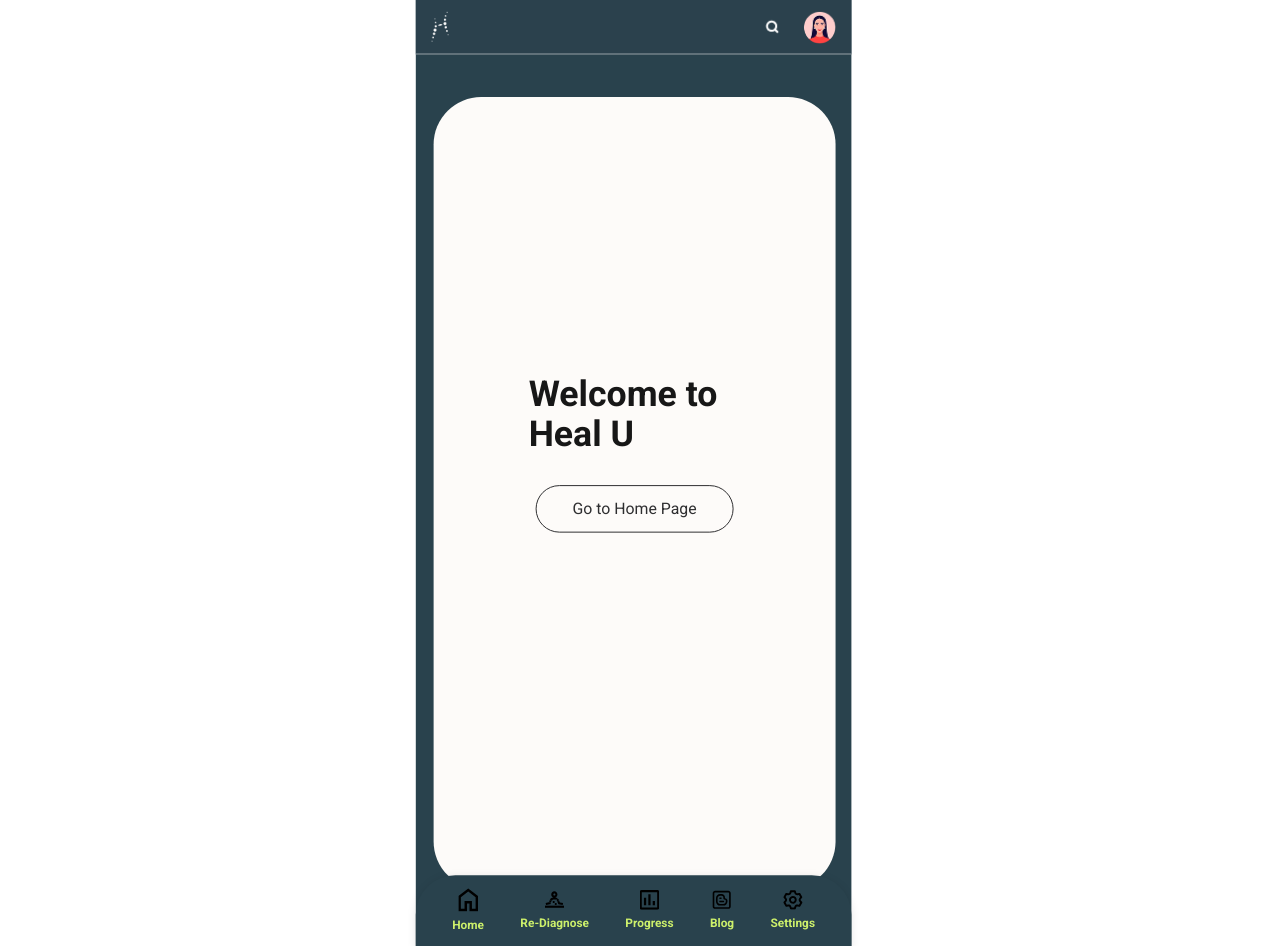
Repository: patcha-d3/heal_u
Page: /
These files come from the project's save history. The page is drawn as it stood at one moment and after the next save; the edit follows.
The browser window is 1280 px wide. The pictures show the whole page, at 99% of full size.
The project was rebuilt for these pictures with package versions that can differ from the ones it lists, and the page was loaded fresh each time. The framework's server and built-in components were replaced by stand-ins that run in the browser. Also part of the build but not shown: next.config.js, next.config.mjs.

Above is the page before, as saved 2025-05-08 12:31:01.

### app/layout.js
"use client";

import { Geist, Geist_Mono } from "next/font/google";
import { Roboto } from "next/font/google";
import "./globals.css";
import { usePathname } from "next/navigation";

import Bottomnav from "../ui/Bottomnav/Bottomnav";
import TopNav from "../ui/Topnav/Topnav";

const geistSans = Geist({
	variable: "--font-geist-sans",
	subsets: ["latin"],
});

const geistMono = Geist_Mono({
	variable: "--font-geist-mono",
	subsets: ["latin"],
});

const roboto = Roboto({
	weight: ["300", "400", "500", "700"],
	subsets: ["latin"],
	display: "swap",
});

export default function RootLayout({ children }) {
	const pathname = usePathname();
	const showBottomNav = !pathname?.includes("/onboarding");

	return (
		<html lang='en'>
			<body
				className={`${geistSans.variable} ${geistMono.variable} ${roboto.className} antialiased`}
				suppressHydrationWarning
			>
				<div className='min-h-screen w-full flex items-center justify-center'>
					<div className='w-[440px] h-[956px] relative flex flex-col bg-[#29424D]'>
						<TopNav />
						<main className='flex-1 overflow-y-auto flex items-center justify-end'>
							<div className='w-[406px] h-[800px] bg-[#FDFBF9] mx-4 mb-4 rounded-[48px]'>
								{children}
							</div>
						</main>
						{showBottomNav && (
							<div className='absolute bottom-0 left-0 right-0'>
								<Bottomnav />
							</div>
						)}
					</div>
				</div>
			</body>
		</html>
	);
}

### app/page.js
"use client";

import React from "react";
import Link from "next/link";
import Button from "../ui/Button/Button";

export default function RootPage() {
	return (
		<main className='flex min-h-screen flex-col items-center justify-center p-24'>
			<h1 className='text-4xl font-bold mb-8'>
				Welcome to Heal U
			</h1>
			<Link href='/home'>
				<Button
					text='Go to Home Page'
					onClick={() => {}}
					fullWidth={false}
					outlined={true}
				/>
			</Link>
		</main>
	);
}

### ui/Bottomnav/Bottomnav.js
"use client";

import React from "react";
import Link from "next/link";
import { usePathname } from "next/navigation";
import styles from "./Bottomnav.module.css";
import Image from "next/image";

const menuItems = [
  { label: "Home", icon: "/icons/home.svg", path: "/" },
  { label: "Re-Diagnose", icon: "/icons/rediagnose.svg", path: "/re-diagnose" },
  { label: "Progress", icon: "/icons/progress.svg", path: "/progress" },
  { label: "Blog", icon: "/icons/blog.svg", path: "/blog" },
  { label: "Settings", icon: "/icons/settings.svg", path: "/settings" },
];

export default function MobileNavbar() {
  const pathname = usePathname();

  return (
    <nav className={styles.navbar}>
      {menuItems.map((item, index) => {
        const isActive = true;

        return (
          <Link href={item.path} key={index} className={styles.link}>
            <div className={styles.button}>
              <div
                className={`${styles.icon} ${
                  isActive ? styles.iconActive : ""
                }`}
              >
                <Image
                  src={item.icon}
                  alt={item.label}
                  width={20}
                  height={20}
                />
              </div>
              <span
                className={`${styles.label} ${
                  isActive ? styles.labelActive : styles.labelInactive
                }`}
              >
                {item.label}
              </span>
            </div>
          </Link>
        );
      })}
    </nav>
  );
}

### ui/Topnav/Topnav.js
"use client";

import React, { useState } from "react";
import styles from "./TopNav.module.css";

export default function TopNav() {
	const [showSearch, setShowSearch] = useState(false);
	const [hasNotification, setHasNotification] = useState(false);

	return (
		<header
			className={styles.topBar}
			style={{
				borderBottom:
					"1px solid rgba(255, 255, 255, 0.5)",
			}}
		>
			<a href='/' className={styles.logoContainer}>
				<img
					src='/assets/logo.png'
					alt='Logo'
					className={styles.logoImg}
				/>
			</a>

			<div className={styles.iconContainer}>
				<div className={styles.searchWrapper}>
					{showSearch && (
						<div
							className={
								styles.searchBox
							}
						>
							<input
								type='text'
								className={
									styles.searchInput
								}
								placeholder='Search...'
								autoFocus
							/>
						</div>
					)}
					<img
						src='/assets/search.png'
						alt='Search'
						className={`${styles.iconImg} ${
							showSearch
								? styles.dark
								: ""
						}`}
						onClick={() =>
							setShowSearch(
								!showSearch
							)
						}
					/>
				</div>

				<div className={styles.avatarContainer}>
					<img
						src={
							hasNotification
								? "/assets/avatar-notification.png"
								: "/assets/avatar.png"
						}
						alt='Avatar'
						className={styles.avatarImg}
					/>
				</div>
			</div>
		</header>
	);
}

### ui/Button/Button.js
import React from "react";
import styles from "./Button.module.css";

export default function Button({
	text,
	onClick,
	fullWidth = false,
	outlined = false,
	disabled = false,
	type = "button",
}) {
	const buttonClass = outlined
		? styles.outlinedButton
		: styles.filledButton;
	const widthClass = fullWidth ? styles.fullWidth : "";
	const disabledClass = disabled ? styles.disabled : "";

	return (
		<button
			type={type}
			onClick={onClick}
			disabled={disabled}
			className={`${buttonClass} ${widthClass} ${disabledClass}`}
		>
			<span className={styles.text}>{text}</span>
		</button>
	);
}

### ui/Bottomnav/Bottomnav.module.css
/* navbar */
.navbar {
  position: relative;
  bottom: 0;
  left: 0;
  right: 0;
  display: flex;
  justify-content: space-evenly;
  align-items: center;
  background-color: #29424d;
  padding: 8px 0;
  box-shadow: 0 2px 10px rgba(0, 0, 0, 0.1);
  max-width: 440px;
  height: 72px;
  border-radius: 40px 40px 0 0;
  margin: 0 auto;
}

.link {
  text-decoration: none;
  color: inherit;
}

.button {
  display: flex;
  flex-direction: column;
  align-items: center;
  gap: 4px;
}

.icon {
  font-size: 24px;
}

.iconActive {
  stroke: #cdf06b;
}

.label {
  font-size: 12px;
  transition: all 0.2s ease;
}

.labelActive {
  font-weight: 800;
  color: #cdf06b;
}

.labelInactive {
  font-weight: 600;
  color: white;
}

/* Test page styles */
.testContainer {
  padding: 2rem;
  max-width: 440px;
  margin: 0 auto;
}

.testContent {
  display: flex;
  flex-direction: column;
  gap: 3rem;
}

.testSection {
  background: #f5f5f5;
  padding: 2rem;
  border-radius: 8px;
}

.testFrame {
  position: relative;
  height: 400px;
  border: 1px solid #ddd;
  border-radius: 8px;
  overflow: hidden;
  margin-top: 1rem;
}

.scrollContent {
  height: 100%;
  overflow-y: auto;
  padding: 1rem;
  padding-bottom: 80px; /* Space for the bottom nav */
}

.scrollContent p {
  margin: 1rem 0;
  padding: 0.5rem;
  background: white;
  border-radius: 4px;
  box-shadow: 0 1px 3px rgba(0, 0, 0, 0.1);
}

### ui/Topnav/Topnav.module.css
.topBar {
	width: 440px;
	height: 55px;
	background-color: #2b414d;
	display: flex;
	align-items: center;
	justify-content: space-between;
	padding: 0 16px;
	margin: 0 auto;
	box-sizing: border-box;
	border-bottom: 1px solid #ffffff;
}

.logoImg {
	height: 30.56px;
	cursor: pointer;
}

.iconContainer {
	display: flex;
	align-items: center;
	gap: 16px;
}

.searchWrapper {
	display: flex;
	align-items: center;
	gap: 8px;
	position: relative;
}

.searchBox {
	background-color: white;
	width: 226px;
	height: 32px;
	border-radius: 24px;
	display: flex;
	align-items: center;
	padding: 0 5px;
	gap: 8px;
	transition: all 0.3s ease;
}

.searchInput {
	flex: 1;
	border: none;
	outline: none;
	font-size: 16px;
	background-color: transparent;
}

.iconImg {
	width: 32px;
	height: 32px;
	cursor: pointer;
	filter: brightness(200);
	transition: filter 0.3s ease;
}

.iconImg.dark {
	filter: brightness(0);
}

.avatarContainer {
	width: 32px;
	height: 34px;
	border-radius: 50%;
	overflow: hidden;
}

.avatarImg {
	width: 100%;
	height: 100%;
	object-fit: cover;
}

### ui/Button/Button.module.css
.filledButton {
	position: relative !important;
	display: flex !important;
	align-items: center !important;
	justify-content: center !important;
	height: 48px !important;
	min-width: 200px !important;
	border-radius: 24px !important;
	padding: 0 12px !important;
	font-family: "Roboto", sans-serif !important;
	font-size: 16px !important;
	line-height: 24px !important;
	transition: all 0.3s ease !important;
	cursor: pointer !important;
	background-color: #29424d !important;
	border: 1px solid black !important;
	color: white !important;
}

.filledButton:hover {
	background-color: #cdf06b !important;
	color: black !important;
	transform: translateY(-1px) !important;
	box-shadow: 0 2px 4px rgba(0, 0, 0, 0.1) !important;
}

.outlinedButton {
	position: relative !important;
	display: flex !important;
	align-items: center !important;
	justify-content: center !important;
	height: 48px !important;
	min-width: 200px !important;
	border-radius: 24px !important;
	padding: 0 12px !important;
	font-family: "Roboto", sans-serif !important;
	font-size: 16px !important;
	line-height: 24px !important;
	transition: all 0.3s ease !important;
	cursor: pointer !important;
	background-color: transparent !important;
	border: 1px solid #2e2e30 !important;
	color: #2e2e30 !important;
}

.outlinedButton:hover {
	background-color: #cdf06b !important;
	color: #29424d !important;
	transform: translateY(-1px) !important;
	box-shadow: 0 2px 4px rgba(0, 0, 0, 0.1) !important;
}

.fullWidth {
	width: 100% !important;
}

.text {
	flex: 1 !important;
	text-align: center !important;
}

.icon {
	position: absolute !important;
	right: 12px !important;
	display: flex !important;
	align-items: center !important;
}

.disabled {
	opacity: 0.5 !important;
	cursor: not-allowed !important;
	pointer-events: none !important;
}

Loaded but not shown: app/globals.css (common file)

After the next save:
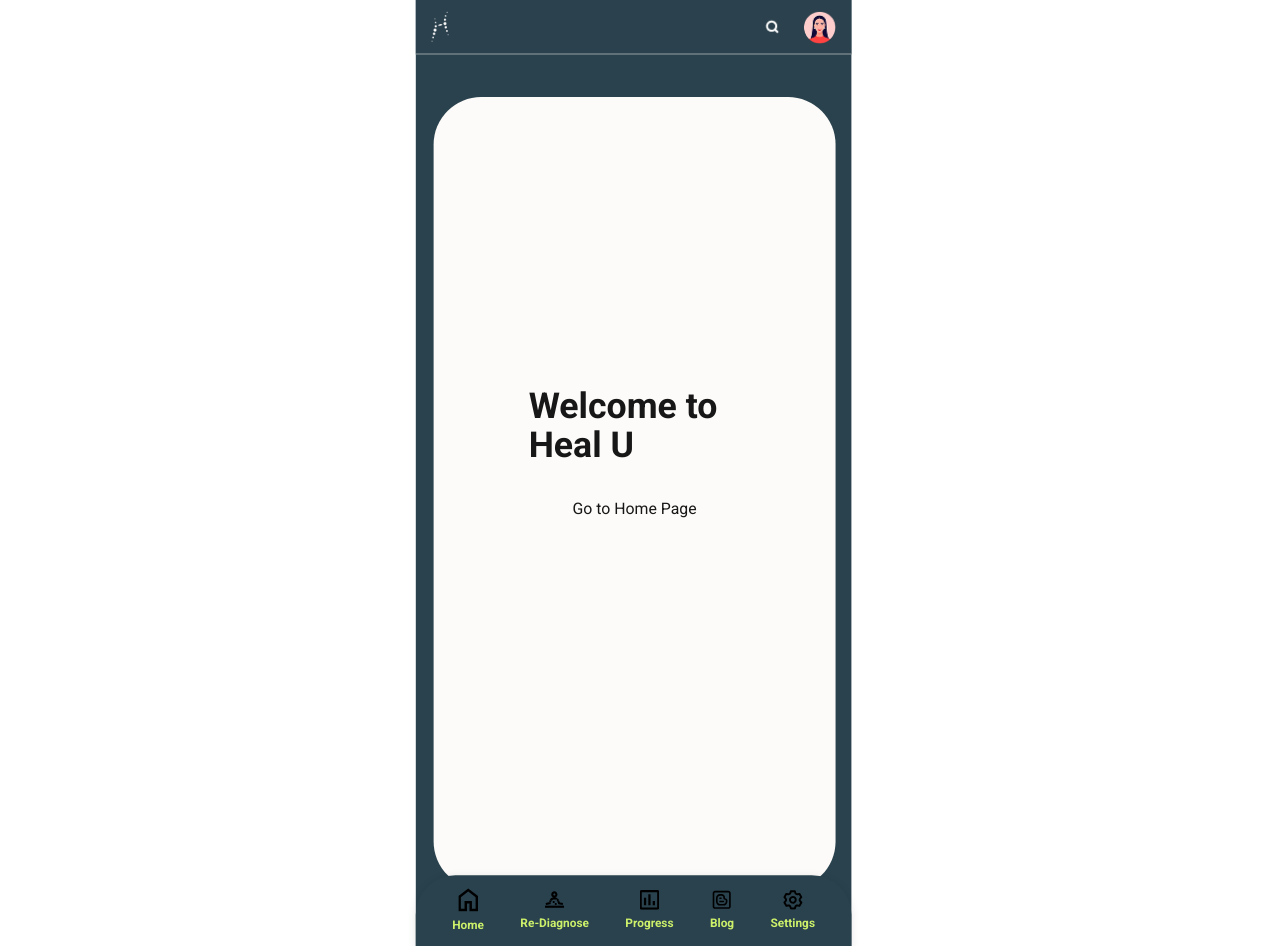
Saved 32 s later.
--- a/ui/Button/Button.module.css
+++ b/ui/Button/Button.module.css
@@ -1,73 +1,63 @@
-.filledButton {
-	position: relative !important;
-	display: flex !important;
-	align-items: center !important;
-	justify-content: center !important;
-	height: 48px !important;
-	min-width: 200px !important;
-	border-radius: 24px !important;
-	padding: 0 12px !important;
-	font-family: "Roboto", sans-serif !important;
-	font-size: 16px !important;
-	line-height: 24px !important;
-	transition: all 0.3s ease !important;
-	cursor: pointer !important;
-	background-color: #29424d !important;
-	border: 1px solid black !important;
-	color: white !important;
+.button {
+	position: relative;
+	display: flex;
+	align-items: center;
+	justify-content: center;
+	height: 48px;
+	min-width: 200px;
+	border-radius: 24px;
+	padding: 0 12px;
+	font-family: "Roboto", sans-serif;
+	font-size: 16px;
+	line-height: 24px;
+	transition: all 0.3s ease;
+	cursor: pointer;
 }
 
-.filledButton:hover {
-	background-color: #cdf06b !important;
-	color: black !important;
-	transform: translateY(-1px) !important;
-	box-shadow: 0 2px 4px rgba(0, 0, 0, 0.1) !important;
+.button--filled {
+	background-color: #29424d;
+	border: 1px solid black;
+	color: white;
 }
 
-.outlinedButton {
-	position: relative !important;
-	display: flex !important;
-	align-items: center !important;
-	justify-content: center !important;
-	height: 48px !important;
-	min-width: 200px !important;
-	border-radius: 24px !important;
-	padding: 0 12px !important;
-	font-family: "Roboto", sans-serif !important;
-	font-size: 16px !important;
-	line-height: 24px !important;
-	transition: all 0.3s ease !important;
-	cursor: pointer !important;
-	background-color: transparent !important;
-	border: 1px solid #2e2e30 !important;
-	color: #2e2e30 !important;
+.button--filled:hover {
+	background-color: #cdf06b;
+	color: black;
+	transform: translateY(-1px);
+	box-shadow: 0 2px 4px rgba(0, 0, 0, 0.1);
 }
 
-.outlinedButton:hover {
-	background-color: #cdf06b !important;
-	color: #29424d !important;
-	transform: translateY(-1px) !important;
-	box-shadow: 0 2px 4px rgba(0, 0, 0, 0.1) !important;
+.button--outlined {
+	background-color: transparent;
+	border: 1px solid #2e2e30;
+	color: #2e2e30;
 }
 
-.fullWidth {
-	width: 100% !important;
+.button--outlined:hover {
+	background-color: #cdf06b;
+	color: #29424d;
+	transform: translateY(-1px);
+	box-shadow: 0 2px 4px rgba(0, 0, 0, 0.1);
 }
 
-.text {
-	flex: 1 !important;
-	text-align: center !important;
+.button--fullWidth {
+	width: 100%;
 }
 
-.icon {
-	position: absolute !important;
-	right: 12px !important;
-	display: flex !important;
-	align-items: center !important;
+.button__text {
+	flex: 1;
+	text-align: center;
 }
 
-.disabled {
-	opacity: 0.5 !important;
-	cursor: not-allowed !important;
-	pointer-events: none !important;
+.button__icon {
+	position: absolute;
+	right: 12px;
+	display: flex;
+	align-items: center;
 }
+
+.button--disabled {
+	opacity: 0.5;
+	cursor: not-allowed;
+	pointer-events: none;
+}

After the save that followed:
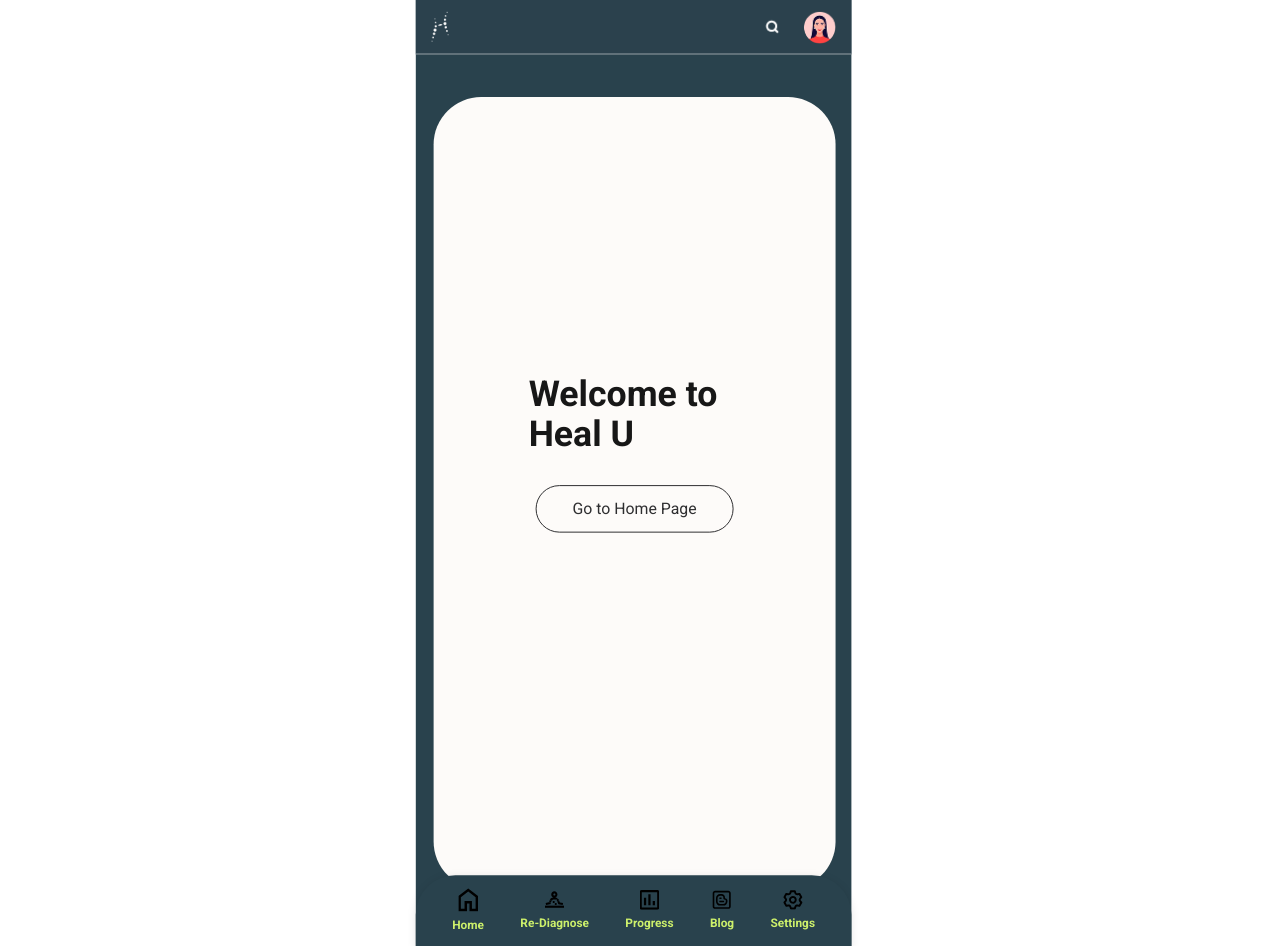
Saved 6 s later.
--- a/ui/Button/Button.js
+++ b/ui/Button/Button.js
@@ -9,20 +9,25 @@ export default function Button({
 	disabled = false,
 	type = "button",
 }) {
-	const buttonClass = outlined
-		? styles.outlinedButton
-		: styles.filledButton;
-	const widthClass = fullWidth ? styles.fullWidth : "";
-	const disabledClass = disabled ? styles.disabled : "";
+	const buttonClass = [
+		styles.button,
+		outlined
+			? styles["button--outlined"]
+			: styles["button--filled"],
+		fullWidth && styles["button--fullWidth"],
+		disabled && styles["button--disabled"],
+	]
+		.filter(Boolean)
+		.join(" ");
 
 	return (
 		<button
 			type={type}
 			onClick={onClick}
 			disabled={disabled}
-			className={`${buttonClass} ${widthClass} ${disabledClass}`}
+			className={buttonClass}
 		>
-			<span className={styles.text}>{text}</span>
+			<span className={styles["button__text"]}>{text}</span>
 		</button>
 	);
 }
